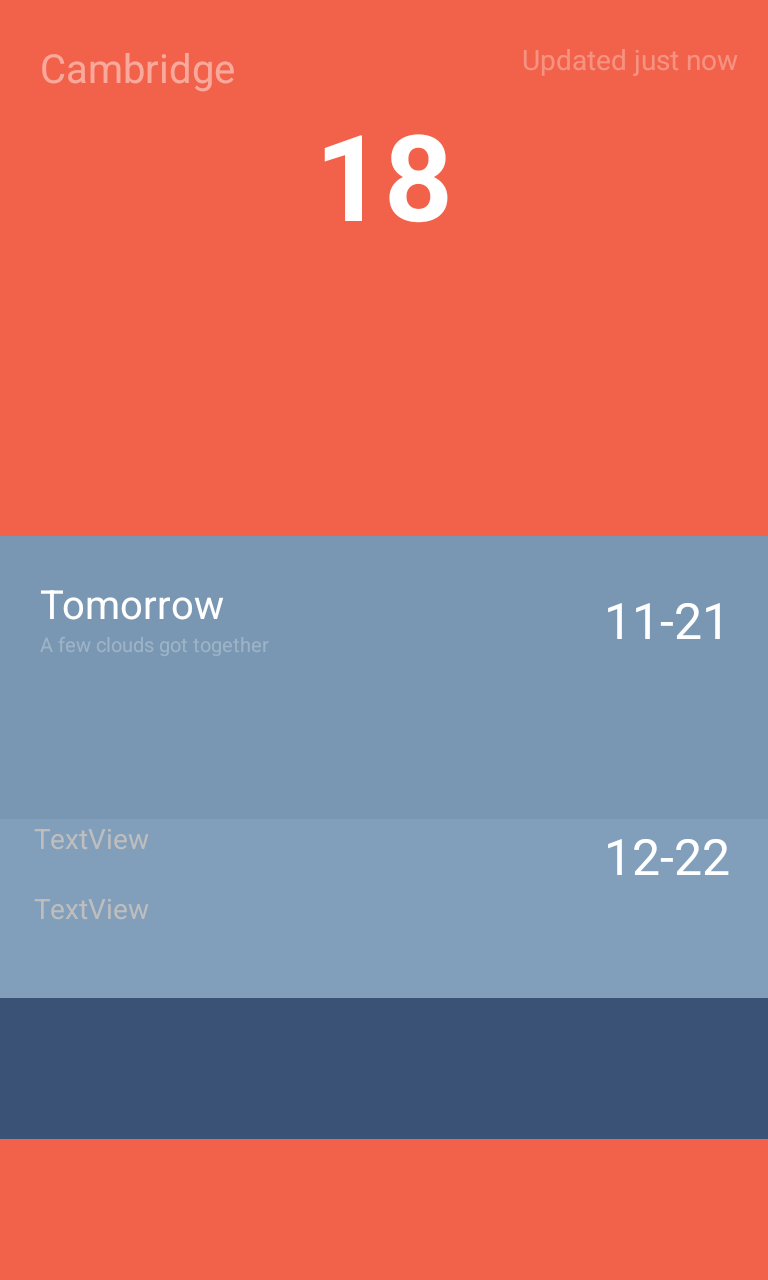
Repository: HarithaAmmuHari/Project
Layout: ExampleAnoop/res/layout/activity_main.xml
The author's editor kept a copy of each file at every save. The layout is drawn from the files as they stood at one save, then again after the next save.
It is drawn on a 768 x 1280 px phone screen (xhdpi) without system bars, with theme android:Theme; the app's code is not run.

Above is the layout before, as saved 2015-01-24 05:42:57.

After the next save:
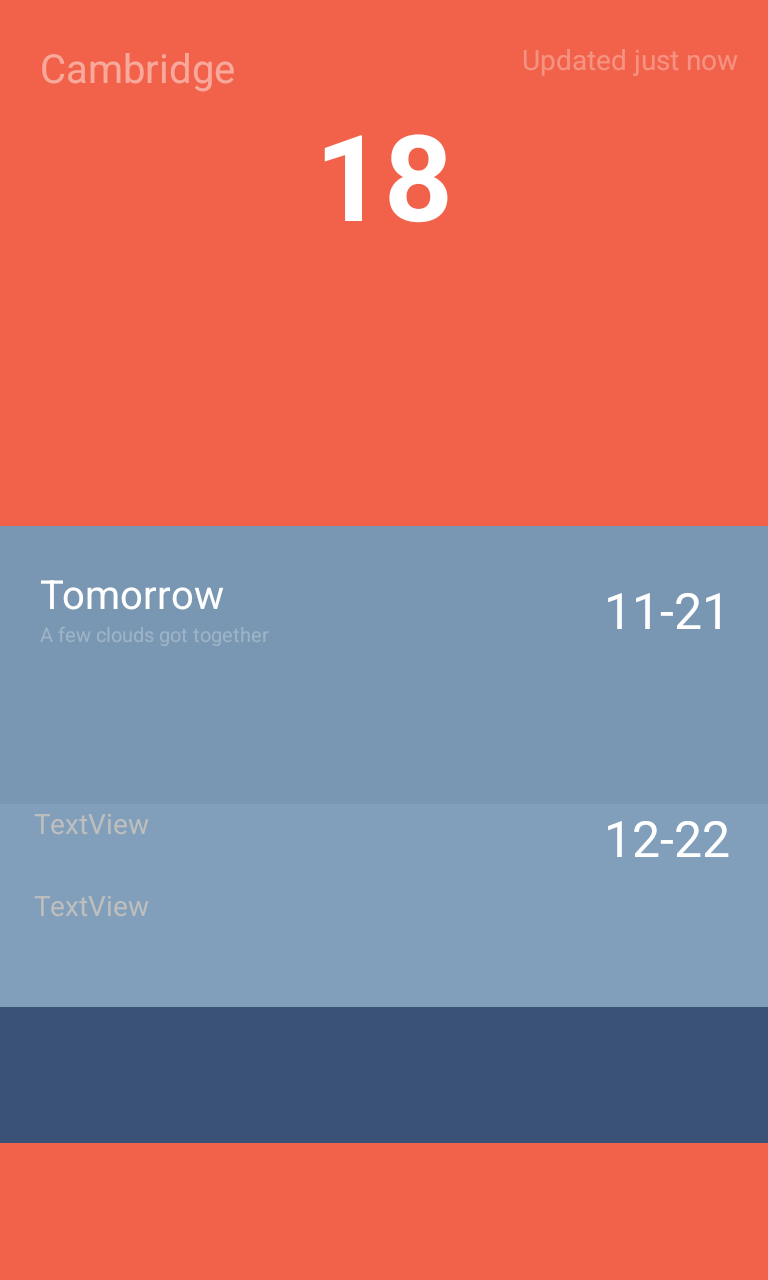
Saved 22 s later.
--- a/ExampleAnoop/res/layout/activity_main.xml
+++ b/ExampleAnoop/res/layout/activity_main.xml
@@ -119,12 +119,12 @@
             android:id="@+id/textView9"
             android:layout_width="wrap_content"
             android:layout_height="wrap_content"
-            android:layout_above="@+id/textView8"
+
             android:layout_alignParentRight="true"
             android:layout_marginRight="19dp"
             android:text="12-22"
             android:textColor="#ffffff"
-            android:layout_margintop="25dp"
+
                   android:textSize="25dp"/>
 
     </RelativeLayout>
